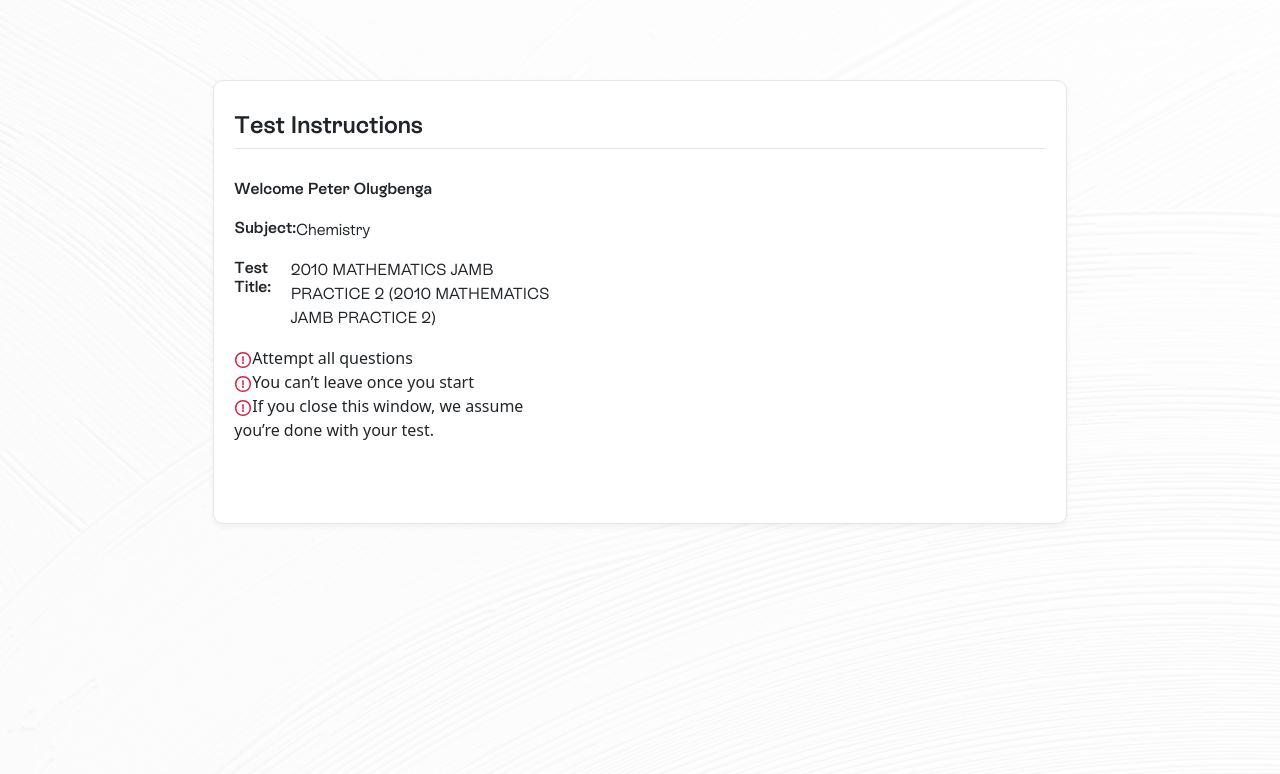
Repository: sarahnnanyelugo/educare-cbt
Page: /test-instructions
An editor plug-in stored every save of this project. The page is shown before and after the next save, followed by the edit.
The browser window is 1280 px wide. The pictures show the whole page.
The project was rebuilt for these pictures with package versions that can differ from the ones it lists, and the page was loaded fresh each time. Also part of the build but not shown: src/components/Form/Form.js, src/pages/AuthenticationPage/auth.scss, src/pages/AuthenticationPage/AuthenticationPage.js, src/components/Exams/exams.scss, src/components/TestModal/test-modal.scss, src/components/TestModal/TestModal.js, src/components/Exams/Exams.js, src/TestData/examsData.js and 3 more. Imported but missing from the stored project, and not drawn on this page: src/components/Form/Password, src/components/GoogleButton/GoogleButton.

Above is the page before, as saved 2023-11-05 03:28:50.

### src/App.js
import logo from "./logo.svg";
import "./App.css";
import "bootstrap/dist/css/bootstrap.min.css";
import { BrowserRouter, Routes, Route, Link, Outlet } from "react-router-dom";
import { AuthenticationPage } from "./pages/AuthenticationPage/AuthenticationPage";
import { Home } from "./pages/Home/Home";
import ScrollToTop from "./components/scrollToTop";
import { Navbar } from "./components/Navbar/Navbar";
import { TestInstructions } from "./pages/TestInstructions/TestInstructions";
function App() {
  return (
    <>
      <ScrollToTop />
      <Navbar />
      <Routes>
        <Route path="/" element={<AuthenticationPage />} />{" "}
        <Route path="home" element={<Home />} />{" "}
        <Route path="test-instructions" element={<TestInstructions />} />{" "}
      </Routes>
    </>
  );
}

export default App;

### src/App.css
@font-face {
  font-family: rebondG;
  src: url(./assets/fonts/Rebond_font/RebondG.otf);
}
@font-face {
  font-family: rebondG-Bold;
  src: url(./assets/fonts/Rebond_font/RebondG-Bold.otf);
}
@font-face {
  font-family: rebondG-Semi-Bold;
  src: url(./assets/fonts/Rebond_font/Rebond-semibold.otf);
}
@font-face {
  font-family: rebondG-Medium;
  src: url(./assets/fonts/Rebond_font/RebondGrotesqueMedium.otf);
}
@font-face {
  font-family: rebondBook;
  src: url(./assets/fonts/Rebond_font/RebondG-Book.ttf);
}

h1,
h2,
h3,
h4,
h5,
h6 {
  font-family: rebondG-Semi-Bold;
}

p {
  font-family: rebondBook;
  font-size: 16px;
}
small {
  font-family: rebondBook;
}
button {
  font-family: rebondG-Semi-Bold;
}
@media screen and (min-width: 620px) {
  .flexy {
    display: flex;
  }
}
@media screen and (max-width: 620px) {
  .flexyM {
    display: flex;
  }
}

### src/components/Navbar/Navbar.js
import React, { useEffect, useRef, useState } from "react";
import "./navbar.scss";
import Logo from "../../assets/images/logo.png";
import { Link, NavLink } from "react-router-dom";
import { useLocation } from "react-router-dom";

export const Navbar = () => {
  const location = useLocation();
  const prevUrlRef = useRef(null);
  const [showNav, setShowNav] = useState(true);
  useEffect(() => {
    const currentUrl = window.location.pathname;
    if (prevUrlRef.current !== currentUrl) {
      prevUrlRef.current = currentUrl;
      console.log(currentUrl);
      setTimeout(() => {
        switch (currentUrl) {
          case "/":
            setShowNav(false);
            break;
          case "/test-instructions":
            setShowNav(false);
            break;

          default:
            setShowNav(true);
            break;
        }
        localStorage.setItem("showNav", showNav);
      }, 200);
    }
  });
  return (
    <div className={`nav-container flexy ${showNav ? "" : "hide"} `}>
      <div className="logo-holder  col-md-1 flexy ">
        {" "}
        <Link to={"/"}>
          {" "}
          <img className="   logo" src={Logo} alt="Scholar" width="50%" />
        </Link>
      </div>
      <div className="flexy navs">
        <NavLink activeclassName="active" className="navlinks" to={"/home"}>
          <button> Home</button>
        </NavLink>{" "}
        <NavLink
          activeclassName="active"
          className="navlinks"
          to={"/test-analysis"}
        >
          <button> Test Analysis</button>
        </NavLink>{" "}
        <NavLink activeclassName="active" className="navlinks" to={"/wallet"}>
          <button> Wallet</button>
        </NavLink>
      </div>
    </div>
  );
};

### src/pages/TestInstructions/TestInstructions.js
import React from "react";
import "./test-instructions.scss";
import Alert from "../../assets/images/alert.svg";

export const TestInstructions = () => {
  return (
    <div className="test-instructions-div">
      <div className="col-md-8 offset-md-2 instructions">
        <div className="title-div">
          {" "}
          <h4>Test Instructions</h4>
        </div>
        <div className="flexy inner">
          <div className="col-md-5">
            <h6>Welcome Peter Olugbenga</h6>
            <div className="flexy flexyM">
              {" "}
              <h6>Subject:</h6>
              <p>Chemistry</p>
            </div>
            <div className="flexy flexyM">
              <h6 className="col-md-2 flexy">Test Title:</h6>
              <p>
                2010 MATHEMATICS JAMB PRACTICE 2 (2010 MATHEMATICS JAMB PRACTICE
                2)
              </p>
            </div>
            <ul className="list-unstyled">
              <li>
                <img src={Alert} alt="logo" width="18px" height="18px" />
                Attempt all questions
              </li>
              <li>
                {" "}
                <img src={Alert} alt="logo" width="18px" height="18px" />
                You can’t leave once you start
              </li>
              <li>
                <img src={Alert} alt="logo" width="18px" height="18px" />
                If you close this window, we assume you’re done with your test.
              </li>
            </ul>
          </div>
        </div>
      </div>
    </div>
  );
};

### src/components/Navbar/navbar.scss
.nav-container {
  padding: 5px 60px;
  box-shadow: 0px 3px 6px #00000029;
  background: #fff;
  .logo-holder {
    flex-grow: 1;
  }
  .navs {
    flex-grow: 1;
    .navlinks {
      button {
        margin: 0 10px;
        padding: 5px 13px;
        border: none;
        color: #000;
        margin-top: 10px;
        text-decoration: none;
        font-size: 14px;
        border-radius: 100px;
        background: #fff;
        font-family: rebondG-Medium;
      }
    }
  }
}
.active {
  button {
    color: #2f67d8 !important;
    background: #c7d8fa !important;
  }
}

### src/pages/TestInstructions/test-instructions.scss
.test-instructions-div {
  padding-top: 80px;
  padding-bottom: 250px;
  background: url("../../assets/images/brush-bg.png");
  background-size: cover;
  background-repeat: no-repeat;
  //   background-position: center;
  .instructions {
    border: 1px solid #e7e7e7;
    box-shadow: 0px 3px 6px #0000000d;
    border-radius: 10px;
    height: 444px;
    background: #fff;
    padding: 30px 20px;
    .title-div {
      border-bottom: 1px solid #e7e7e7;
    }
    .inner {
      margin-top: 30px;
      h6 {
        margin-bottom: 20px;
      }
      p {
        font-size: 16px;
      }
    }
  }
}

### src/components/Form/form.scss
@import "../../variables";
@import "../../shared-styles";

.form-container {
  border: solid 1px rgb(255, 255, 255);
  border-radius: 15px;
  box-shadow: 0 0 1px 1px rgb(221, 221, 221);
  padding: 30px 20px 50px 20px;
  background: #fff;
  .or {
    .bodda {
      border-top: solid 1px #efefef;
      margin-top: 30px;
    }
    p {
      margin-top: 15px;
    }
  }
  .form-heading {
    color: #161617;
    font-size: 16px;
  }
}

.form {
  width: 100%;
  position: relative;
  height: fit-content;
  overflow: hidden;
}

.form input {
  width: 100%;
  height: 100%;
  color: #191919;
  padding-top: 10px;
  padding-bottom: 10px;
  padding-left: 20px;
  border-radius: 10px;
  height: 40px;
  margin-top: 20px;
  border: solid 1px #e7e7e7;
  background: #fff;
  font-family: rebondG-Semi-Bold;
}
.form label {
  position: absolute;
  bottom: 4px;
  left: 20px;
  width: 100%;
  height: 100%;
  font-size: 12px;
  font-family: rebondG;
  color: #161617;
  pointer-events: none;
}
.form label::after {
  content: "";
  position: absolute;
  bottom: -1px;
  left: 0px;
  width: 100%;
  height: 100%;
  transform: translateX(-100%);
  transition: all 0.3s ease;
}

.content-name {
  position: absolute;
  bottom: 0px;
  left: 0px;
  padding-bottom: 5px;
  transition: all 0.3s ease;
}
.form input:focus {
  outline: none;
}
.form input:focus + .label-name .content-name,
.form input:valid + .label-name .content-name {
  transform: translateY(-100%);
  font-size: 8px;
  left: 0px;
  color: black;
}
.form input:focus + .label-name::after,
.form input:valid + .label-name::after {
  transform: translateX(0%);
}
.password-input {
  input {
    border: solid 1px #edecec !important;
    padding: 9px 5px;
    border-radius: 10px;
    background: #fff !important;
    width: 100% !important;
    height: 40px;
  }
  img {
    margin-left: -35px;
    border-right: solid 1px rgb(226, 220, 220) !important;
    border-radius: 7px;
    @media screen and (max-width: 620px) {
      margin-left: -18px;
    }
  }
}
.formButton {
  color: #fff;
  border: none;
  padding: 10px 0;
  border-radius: 35px;
  margin-top: 30px;
  width: 100%;
  font-size: 16px !important;
  font-weight: bold !important;
  font-family: rebondG-Medium;
  background: #2f67d8;
  &:hover {
    background: #1e4ba7;
    transition: 0.5 ease;
  }
  @media screen and (max-width: 620px) {
  }
}
.css-qbdosj-Input {
  padding: 6px 5px !important;
}
.css-13cymwt-control {
  border-radius: 10px !important;
  height: 40px !important;
  border: solid 1px rgb(236, 233, 233) !important;
}
//////////////////////////////////////////////////////////////////////////////////////////

.formpassword {
  width: 100%;
  position: relative;
  height: fit-content;
  overflow: hidden;
}

.formpassword input {
  width: 100%;
  height: 100%;
  color: #191919;
  padding-top: 10px;
  padding-bottom: 10px;
  padding-left: 20px;
  border-radius: 10px;
  height: 40px;
  margin-top: 20px;
  border: solid 1px #e7e7e7;
  background: #fff;
  font-family: rebondG-Semi-Bold;
}
.formpassword label {
  position: absolute;
  bottom: 4px;
  left: 20px;
  width: 100%;
  height: 100%;
  font-size: 12px;
  font-family: rebondG;
  color: #161617;
  pointer-events: none;
}
.formpassword label::after {
  content: "";
  position: absolute;
  bottom: -1px;
  left: 0px;
  width: 100%;
  height: 100%;
  transform: translateX(-100%);
  transition: all 0.3s ease;
}

.content-name {
  position: absolute;
  bottom: 0px;
  left: 0px;
  padding-bottom: 5px;
  transition: all 0.3s ease;
}
.formpassword input:focus {
  outline: none;
}
.formpassword input:focus + .label-name .content-name,
.formpassword input:valid + .label-name .content-name {
  transform: translateY(-100%);
  font-size: 8px;
  left: 0px;
  color: black;
}
.formpassword input:focus + .label-name::after,
.formpassword input:valid + .label-name::after {
  transform: translateX(0%);
}
.css-1jqq78o-placeholder {
  font-family: rebondBook !important;
  color: #161617 !important;
  font-size: 12px !important;
  font-family: rebondBook !important ;
}
.PhoneInputCountry {
  background: #fff !important;
}
.hide {
  display: none;
}
.show {
  display: block;
}

### src/_variables.scss
$blue: #0098da;
$lightblue: #e1f2fa;
$purple: #5044b2;
@mixin get-started-button {
  color: #fff;
  border-radius: 35px;
  border: solid 1px #414244;
  padding: 8px 20px;
  font-size: 14px;
  font-family: rebondG-Semi-Bold;

  // &:hover {
  //   background: #30266b;
  //   transition: 0.5s ease;
  // }
}
@mixin main-btn {
  background: #2f67d8 !important;
  color: #fff;
  border-radius: 100px;
  // padding: 8px 20px;
  width: 91px;
  height: 36px;
  font-size: 14px;
  border: solid 1px #414244;
  font-family: rebondG-Semi-Bold;

  &:hover {
    background: #1e4ba7 !important;
    transition: 0.5s ease;
  }
}

### src/_shared-styles.scss
.mt1 {
  margin-top: 10px;
}
.mt2 {
  margin-top: 20px;
}
.mt3 {
  margin-top: 30px;
}
.mt4 {
  margin-top: 40px;
}
.mt5 {
  margin-top: 50px;
}
.mt6 {
  margin-top: 60px;
}
.mt7 {
  margin-top: 70px;
}
.mt8 {
  margin-top: 80px;
}
.mt9 {
  margin-top: 90px;
}
.mt {
  margin-top: 140px;
}
.mtt {
  margin-top: 200px;
}
.bb {
  border-bottom: solid 1px rgb(233, 229, 229);
}
.bt {
  border-top: solid 1px rgb(233, 229, 229);
}
.pd {
  padding: 80px 0;
}
.br {
  border-right: solid 1px rgb(233, 229, 229);
}
.no-m {
  @media screen and (max-width: 620px) {
    margin: 0 !important;
  }
}
.ml {
  margin-left: 10px;
}
.ml4 {
  margin-left: 40px;
}
.ml3 {
  margin-left: 30px;
}

.features-link {
  color: #191919;
  text-decoration: none;
  &:hover {
    color: #191919;
  }
}

.mb5 {
  margin-bottom: 50px;
}
.mb4 {
  margin-bottom: 40px;
}

.no-margin {
  @media screen and (max-width: 620px) {
    margin-top: 0px !important;
    text-align: center;
  }
}
.grad2 {
  background: rgb(255, 255, 255);
  background: linear-gradient(
    180deg,
    rgba(255, 255, 255, 1) 28%,
    rgba(240, 240, 240, 1) 48%,
    rgba(255, 255, 255, 1) 75%
  );
}
.dn {
  @media screen and (max-width: 620px) {
    display: none;
  }
}
.dnW {
  @media screen and (min-width: 620px) {
    display: none;
  }
}
.dnM {
  @media screen and (max-width: 620px) {
    display: none;
  }
}
.img-resolv {
  width: 90%;
  @media screen and (max-width: 620px) {
    width: 100%;
  }
}
.link {
  font-size: 12px;
  text-decoration: none;
  color: #000;
  font-family: rebondG-Semi-Bold;
  margin-bottom: 0 !important;
}
.link2 {
  font-size: 12px;
  text-decoration: none;
  color: #2f67d8;
  font-family: rebondG-Semi-Bold;
}

Loaded but not shown: public/index.html (common file); src/index.js (common file); src/index.css (common file); src/reportWebVitals.js (common file); src/components/scrollToTop.js (common file)

After the next save:
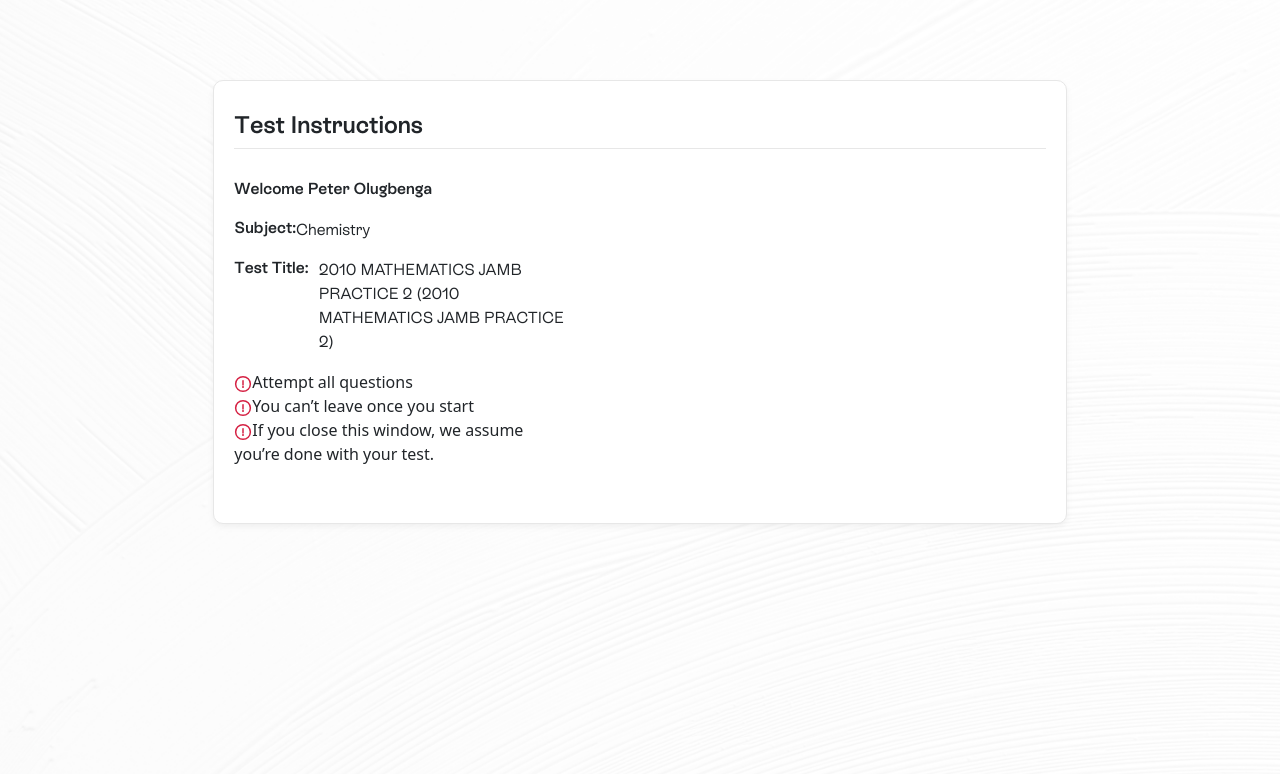
Saved 9 s later.
--- a/src/pages/TestInstructions/TestInstructions.js
+++ b/src/pages/TestInstructions/TestInstructions.js
@@ -19,7 +19,7 @@ export const TestInstructions = () => {
               <p>Chemistry</p>
             </div>
             <div className="flexy flexyM">
-              <h6 className="col-md-2 flexy">Test Title:</h6>
+              <h6 className="col-md-3 flexy">Test Title:</h6>
               <p>
                 2010 MATHEMATICS JAMB PRACTICE 2 (2010 MATHEMATICS JAMB PRACTICE
                 2)
